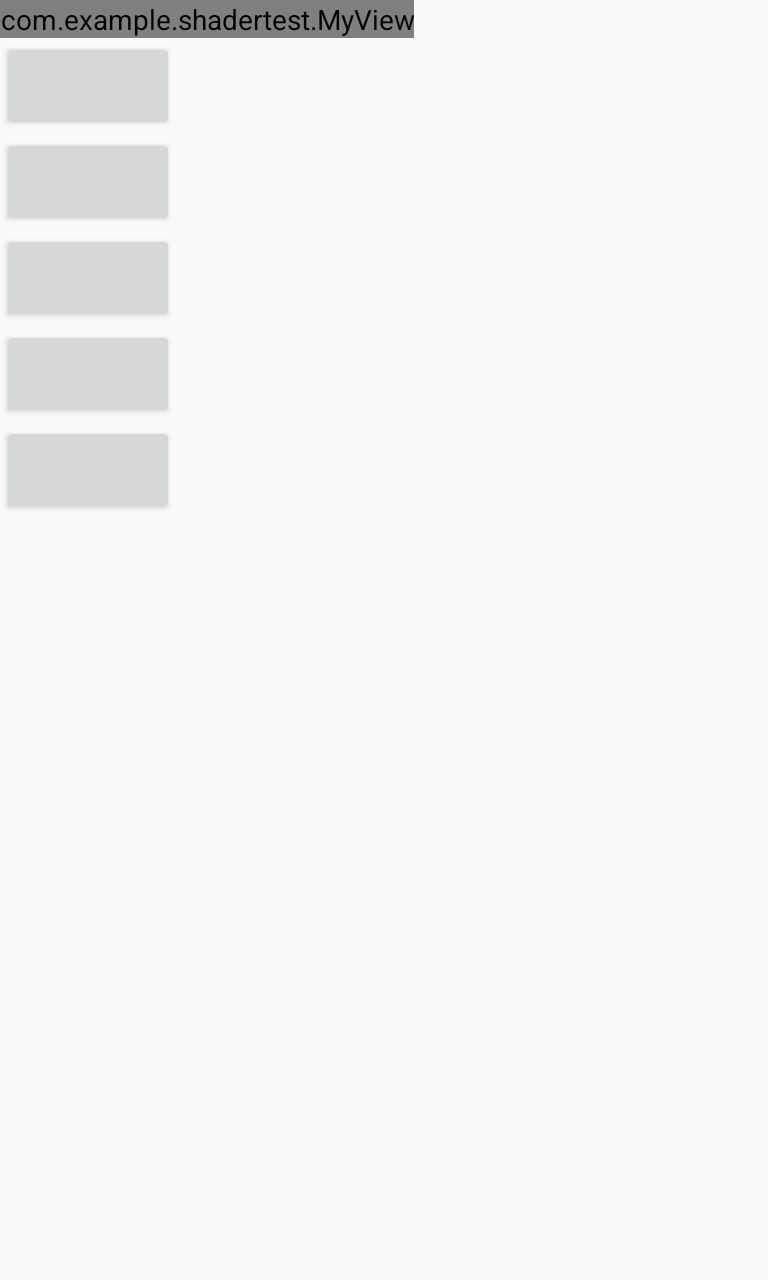
Repository: 18810012802/creazyAndroid
Layout: workspace3/ShaderTest/res/layout/activity_main.xml
These files come from the project's save history. The layout is drawn as it stood at one moment and after the next save; the edit follows.
Pictures or frames that could not be fetched are drawn as grey boxes. It is drawn on a 768 x 1280 px phone screen (xhdpi) without system bars, with theme AppTheme; the app's code is not run.

Above is the layout before, as saved 2016-05-09 16:08:20.

After the next save:
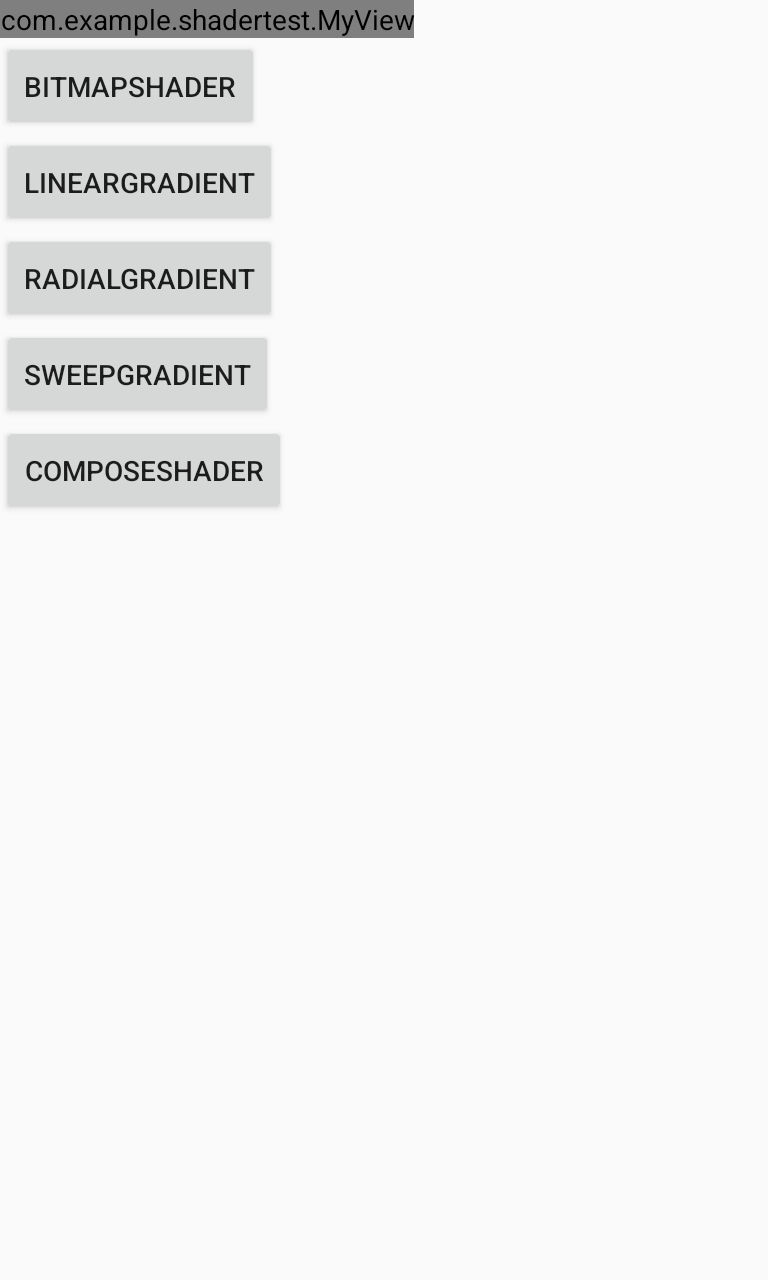
Saved 3 min 5 s later.
--- a/workspace3/ShaderTest/res/layout/activity_main.xml
+++ b/workspace3/ShaderTest/res/layout/activity_main.xml
@@ -11,21 +11,26 @@
 	<Button
 	    android:layout_width="wrap_content"
         android:layout_height="wrap_content"
+        android:text="BitMapShader"
         android:id="@+id/bn1" />
 	<Button
 	    android:layout_width="wrap_content"
         android:layout_height="wrap_content"
+        android:text="LinearGradient"
         android:id="@+id/bn2" />
 	<Button
 	    android:layout_width="wrap_content"
         android:layout_height="wrap_content"
+        android:text="RadialGradient"
         android:id="@+id/bn3" />
 	<Button
 	    android:layout_width="wrap_content"
         android:layout_height="wrap_content"
+        android:text="SweepGradient"
         android:id="@+id/bn4" />
 	<Button
 	    android:layout_width="wrap_content"
         android:layout_height="wrap_content"
+        android:text="ComposeShader"
         android:id="@+id/bn5" />
 </LinearLayout>
